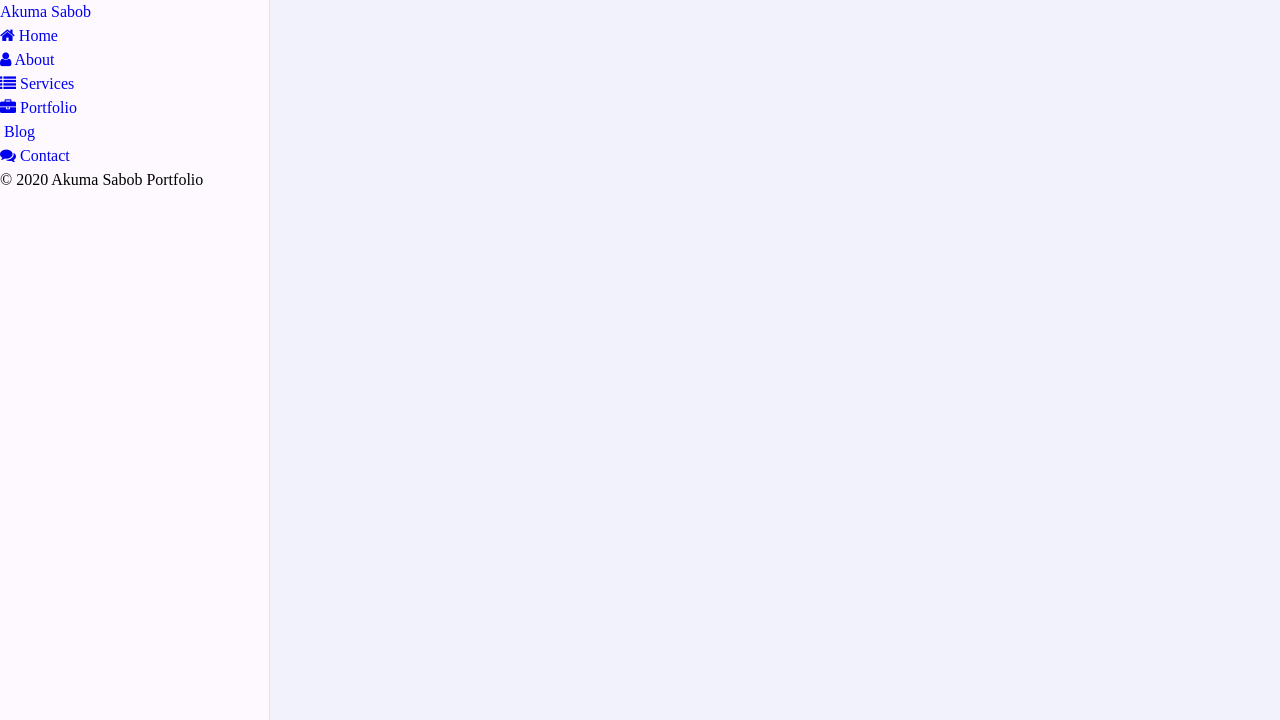
Repository: Akuma001/MY-Portfolio
Page: index.html
The author's editor kept a copy of each file at every save. The page is drawn from the files as they stood at one save, then again after the next save.
The browser window is 1280 px wide. The pictures show the whole page.

Above is the page before, as saved 2020-12-12 21:30:57.

After the next save:
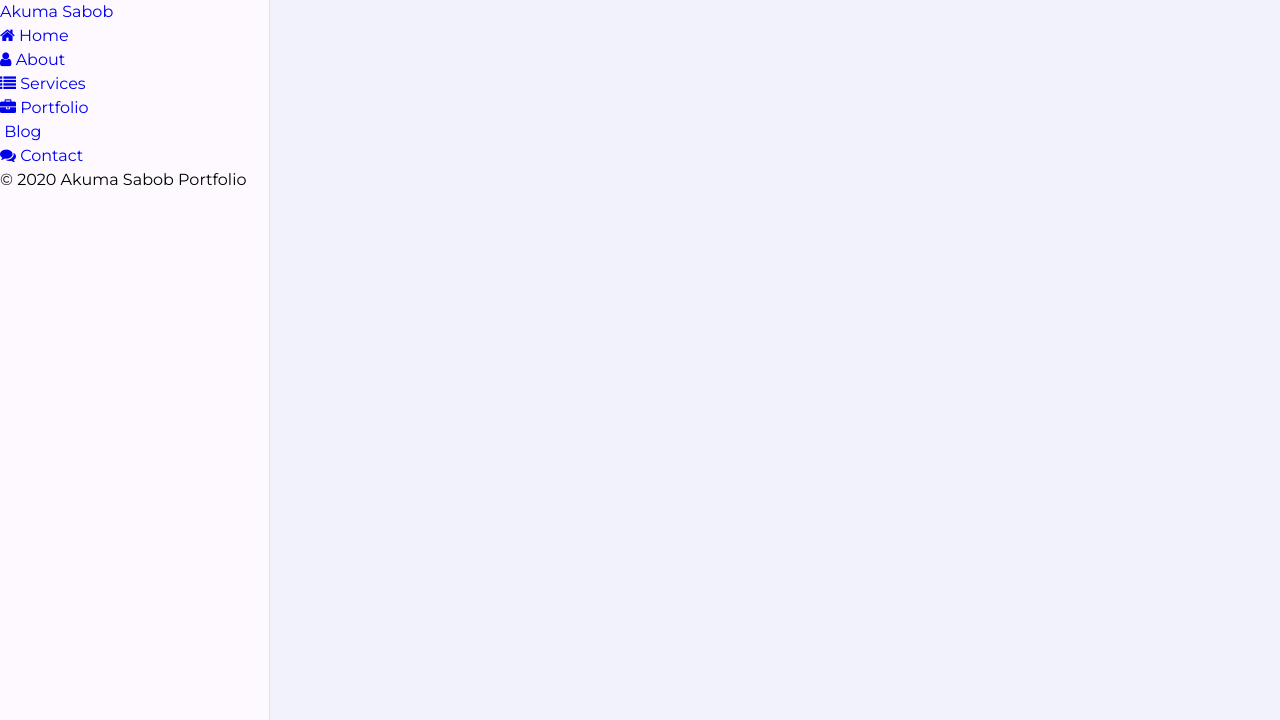
Saved 119 s later.
--- a/css/style.css
+++ b/css/style.css
@@ -10,6 +10,7 @@ body{
     margin: 0;
     line-height: 1.5;
     font-size: 16px;
+    font-family: 'Montserrat', sans-serif;
 }
 *{
     margin: 0;
